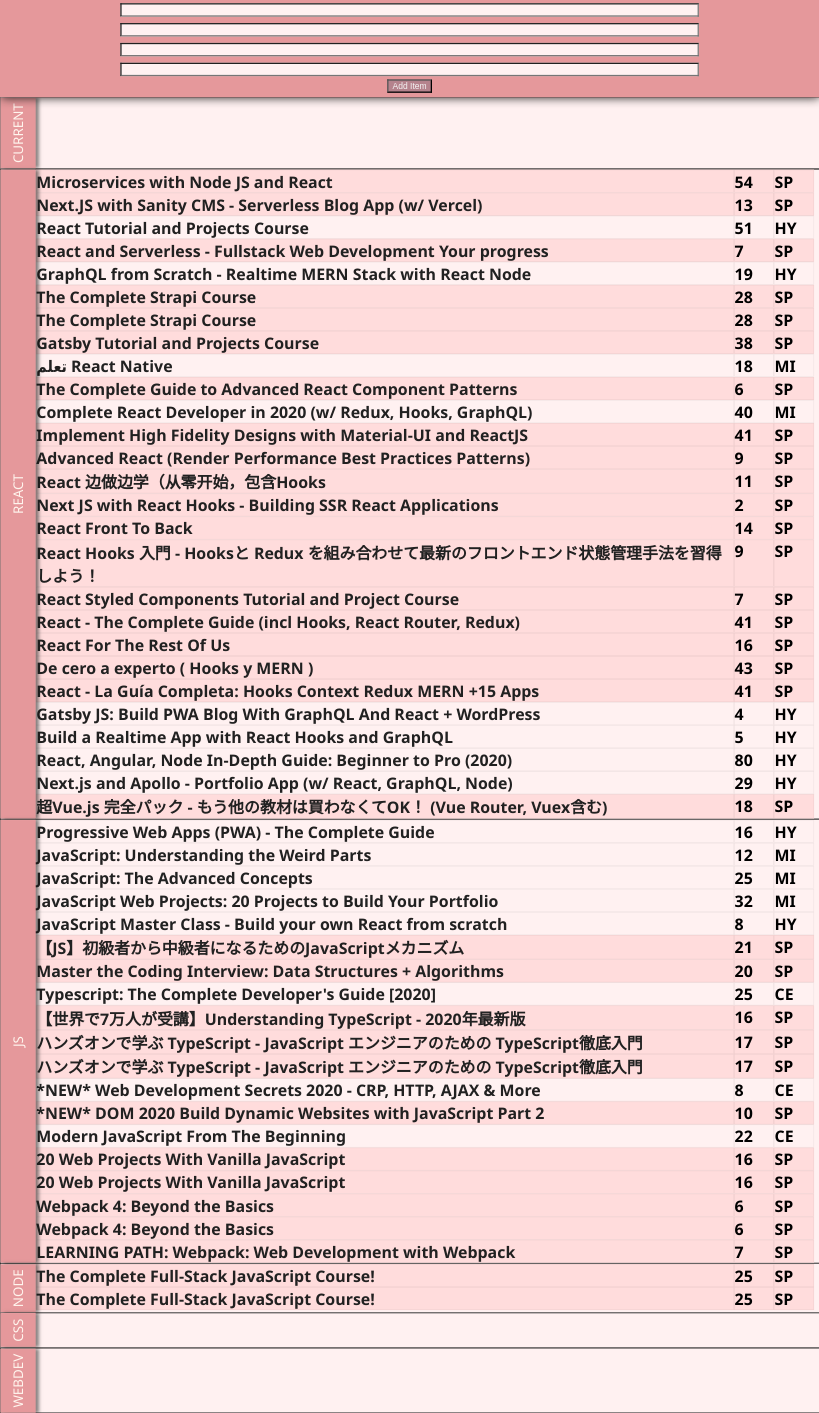
Repository: ClementLight/plan
Page: codicrs.html
These files come from the project's save history. The page is drawn as it stood at one moment and after the next save; the edit follows.
The browser window is 1280 px wide. The pictures show the whole page, at 64% of full size.

Above is the page before, as saved 2020-09-01 14:34:57.

After the next save:
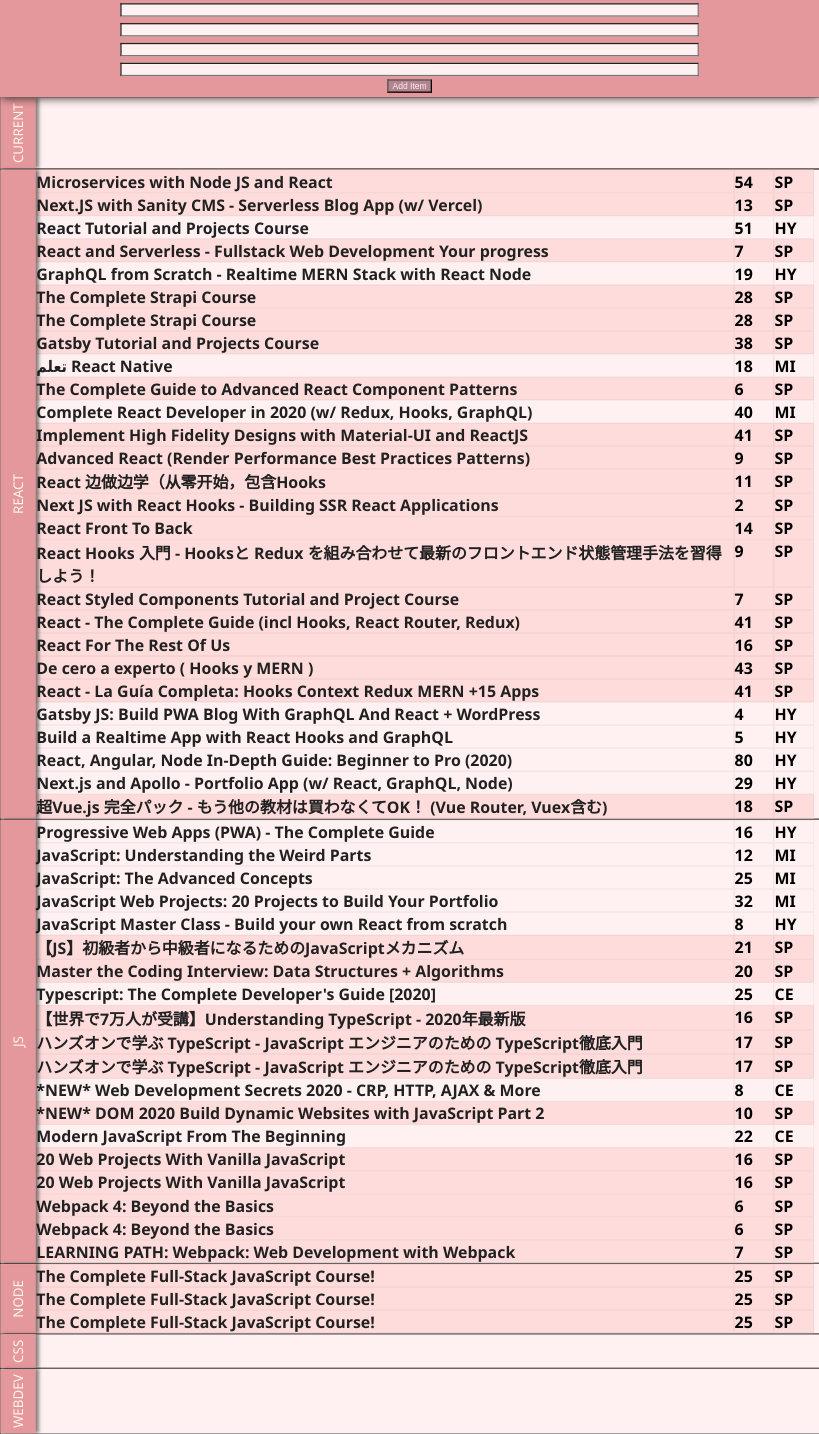
Saved 18 s later.
--- a/jsondata.js
+++ b/jsondata.js
@@ -468,4 +468,13 @@
     title: "The Complete Full-Stack JavaScript Course!",
     url: "https://www.udemy.com/course/full-stack-javascript/learn/lecture/14022702?start=0#overview",
   },
+  {
+    id: "48",
+    subject: "Node",
+    tags: "Node",
+    hours: 25,
+    account: "SP",
+    title: "The Complete Full-Stack JavaScript Course!",
+    url: "https://www.udemy.com/course/mongodb-the-complete-developers-guide/learn/lecture/13914002?start=0#overview",
+  },
 ]
